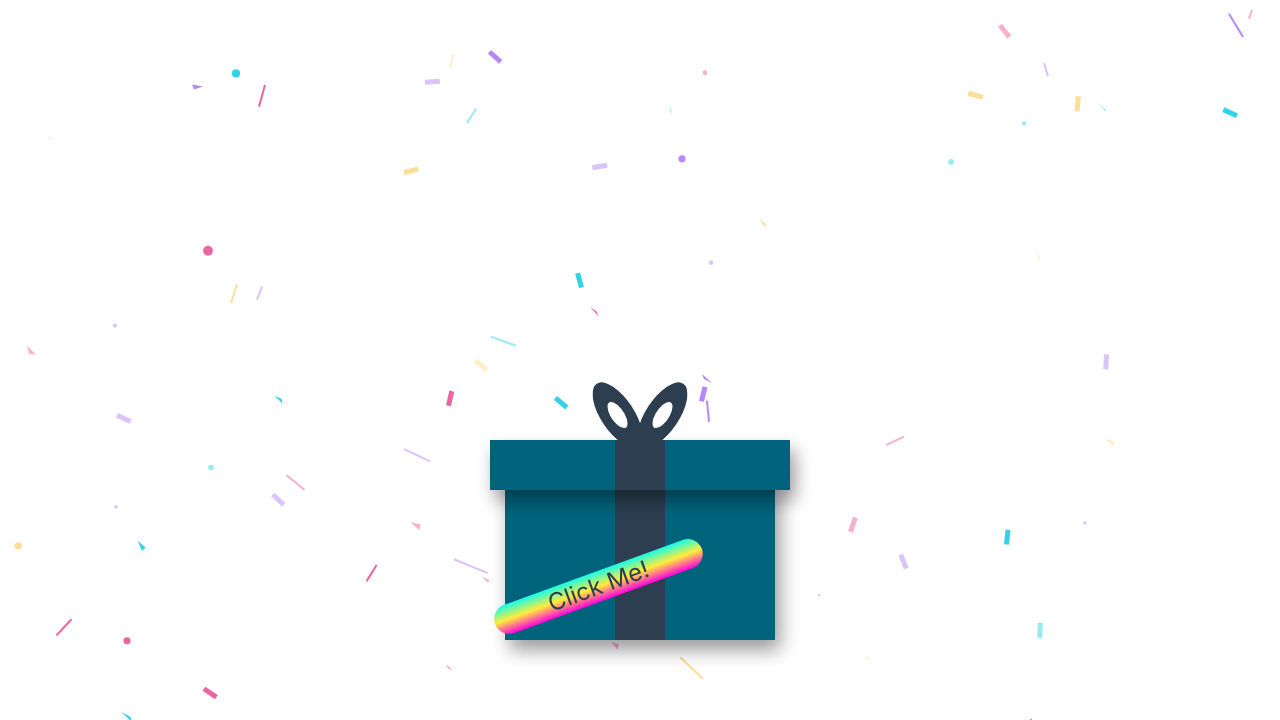
Repository: trongnghia161001/birth_day
Page: index.html
An editor plug-in stored every save of this project. The page is shown before and after the next save, followed by the edit.
The browser window is 1280 px wide. The pictures show the whole page.

Above is the page before, as saved 2022-11-14 22:07:15.

After the next save:
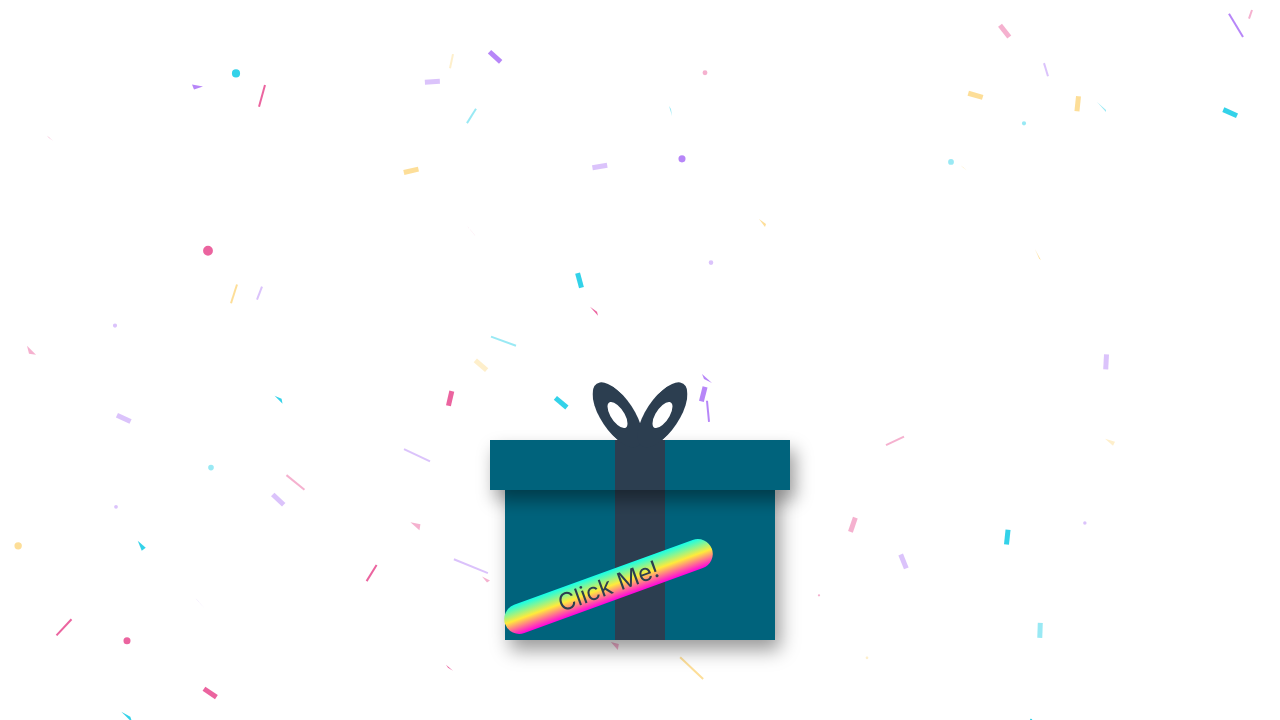
Saved 14 s later.
--- a/styles/style.css
+++ b/styles/style.css
@@ -72,7 +72,7 @@ li span {
   color: #2C3E50;
   width: 100%;
   content: "Click Me!";
-  left: 0;
+  left: 10px;
   bottom: 0;
   font-size: 24px;
   text-align: center;
